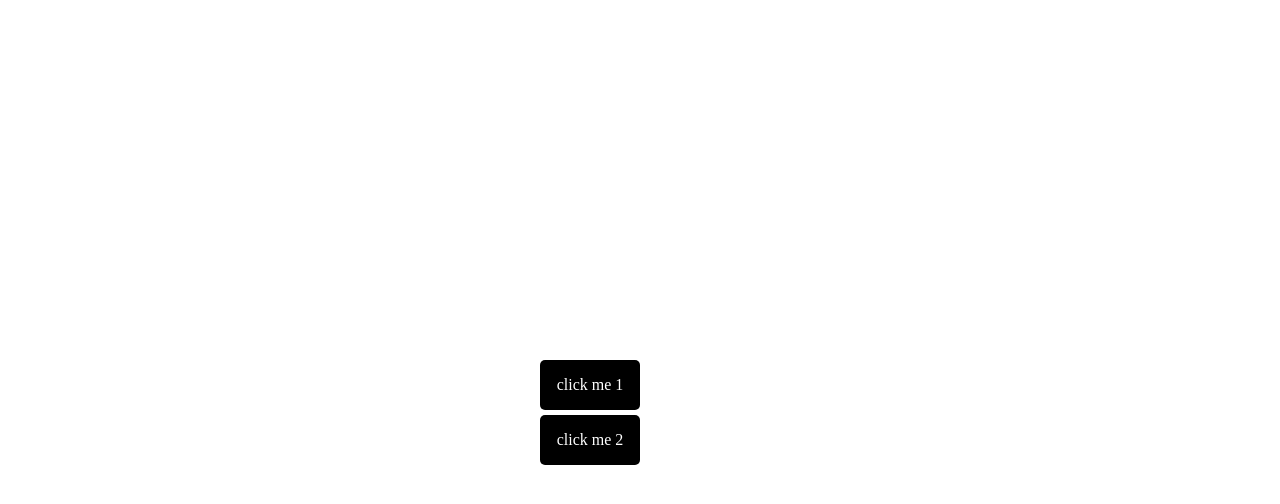
Repository: NguyenDucHung20002/project-demo2
Page: test/test2.html
These files come from the project's save history. The page is drawn as it stood at one moment and after the next save; the edit follows.
The browser window is 1280 px wide. The pictures show the whole page.
The style sheet was rebuilt from its Sass, Less or Tailwind sources for each picture, by a compiler version that may differ from the author's.

Above is the page before, as saved 2022-05-21 16:09:38.

After the next save:
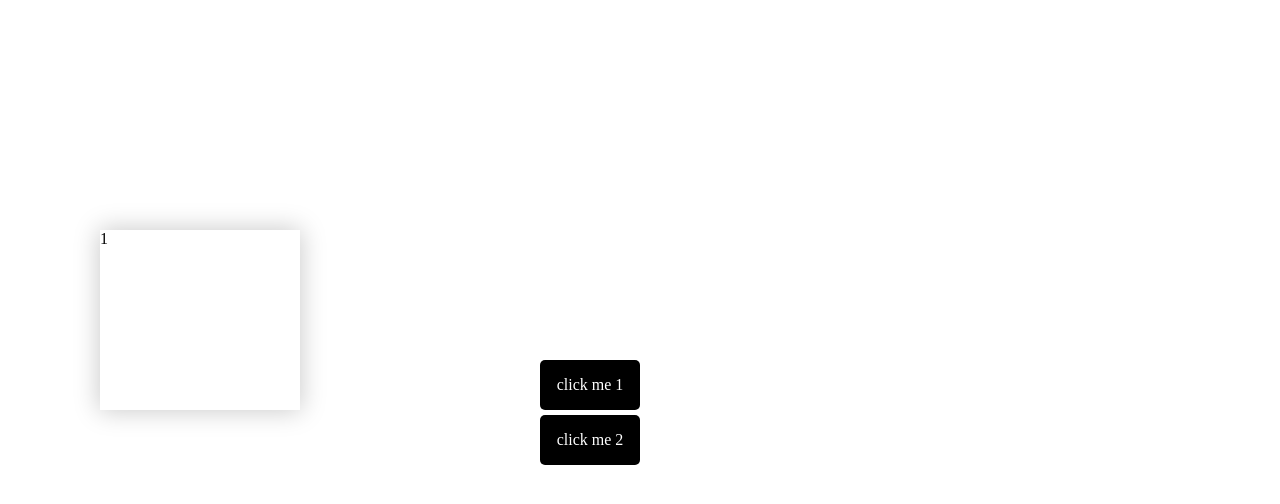
Saved 79 s later.
--- a/test/test2.scss
+++ b/test/test2.scss
@@ -19,9 +19,11 @@
   bottom: 100px;
   left: 100px;
   .added-product{
-    opacity: 0;
-    transform: translateX(-300px);
-    animation: show 0.3s linear alternate;
+    &:last-child{
+      opacity: 0;
+      transform: translateX(-300px);
+      animation: show 0.3s linear alternate;
+    }
     width: 200px;
     height: 180px;
     background-color: white;
